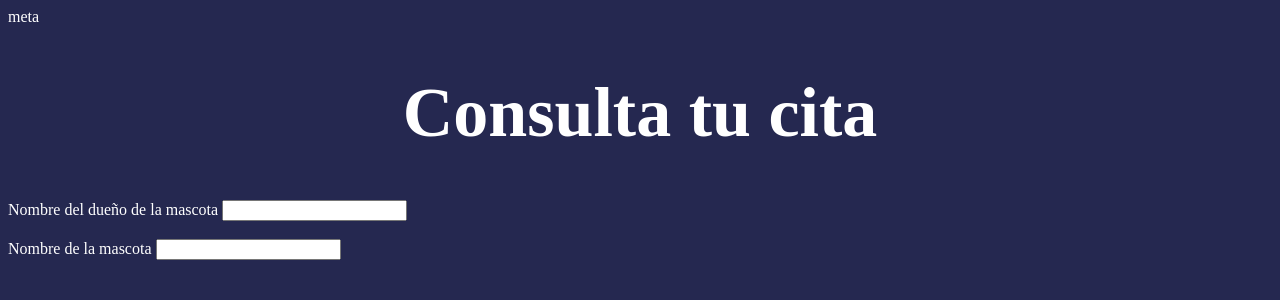
Repository: julioangarita/web-vet-cym
Page: http://localhost/consult_page
The author's editor kept a record of every edit. The page is drawn from the files as they stood at one moment, then again after the next edit.
The browser window is 1280 px wide. The pictures show the whole page.
The page is served by the project's application, run on Flask 3 (server.py).

Above is the page before.

### templates/consult.html
<!DOCTYPE html>
<html>
    <head>
        <meta http-equiv="content-type" content="text/html; charset=utf-8" />
        <title>Web Vet</title>
        <link rel="stylesheet" href="../static/css/styleconsult.css" type="text/css" media="all" />
        meta
    </head>
    <body>
        <h1>Consulta tu cita</h1>
        <label>Nombre del dueño de la mascota</label> <input> <br> <br>
        <label>Nombre de la mascota</label> <input> <br> <br>

    </body>
</html>

### controller/control.py
from flask import render_template, request
from database.db import *

def func_home_page():
    return render_template('home.html')

def func_register_page():
    return render_template('register.html')

def func_consult_page():
    return render_template('consult.html')

def func_register_user():
    id = request.form["id"]
    Nombre = request.form["name"]
    Apellidos = request.form["lastname"]
    Telefono = request.form["birthday"]
    Telefono = request.form["birthday"]
    Telefono = request.form["birthday"]
    Telefono = request.form["birthday"]
    confirm_user = add_user(id, name, lastname, birthday)
    if confirm_user:
        return "<h1>The user was created sucessfully</h1>"
    else:
        return "<h1>Error: The user was not created</h1>"

def func_consult_user():
    obj_user = request.get_json()
    id = obj_user["id"]
    passw = obj_user["passw"] #es solo para pruebas no se utiliza
    result_data = consult_user(id)
    response = ""
    if result_data != False and len(result_data) != 0:
        response = {
            'status': "ok",
            'name': result_data[0][1]
        }
    else:
        response = {
            'status':"error"
        }
    return response

### routes/route.py
from controller.control import *
from server import app #el archivo server esta en la ruta raiz

@app.route("/") # el '/' significa ruta raiz
def home_page():
    return func_home_page()

@app.route("/register_page")
def register_page():
    return func_register_page()

@app.route("/consult_page")
def consult_page():
    return func_consult_page()


@app.route("/register_user", methods = ["post"]) #el metodo corresponde a los usados en html son , get post, etc
def register_user():
    return func_register_user()

@app.route("/consult_user", methods = ["post"])
def consult_user():
    return func_consult_user()

### server.py
from flask import Flask, render_template, request


app = Flask(__name__)

from routes.route import *


if __name__ =="__main__":
    host = "0.0.0.0"
    port = "80"
    app.run(host, port) #este es un metodo de flask para correr un server

### database/db.py
import pymysql

db_host = 'database-vet.cngkqius2dwz.us-east-1.rds.amazonaws.com'
db_user = 'admin'
db_password = 'Tienda123'
db_database = 'db_nexovet'
db_table = 'users'

def connectionSQL():
    try:
        connection_sql = pymysql.connect(
            host = db_host,
            user = db_user,
            password = db_password,
            database = db_database
        )
        print("Sucessfull connection to the Database")
        return connection_sql
    except Exception as err:
        print("Error connecting to the database")
        print(err)
        return None

def add_user(id, Nombre, Apellidos, Telefono, Mascota, Nacimiento, Clase):
    instruction_sql = "INSERT INTO " + db_table + "(id, Nombre, Apellidos, Telefono, Mascota, Nacimiento, Clase) VALUES ("+id+", '"+Nombre+"', '"+Apellidos+"', '"+Telefono+"', '"+Mascota+"', '"+Nacimiento+"', '"+Clase+"')"
    connection_sql = connectionSQL()
    try:
        if connection_sql != None:
            cursor = connection_sql.cursor()
            cursor.execute(instruction_sql)
            connection_sql.commit()
            print("User added")
            return True
        else:
            print("Error connecting to the database")
            return False
    except Exception as err:
        print("Error creating the user")
        print(err)
        return False

def consult_user(id):
    instruction_sql = "SELECT * FROM users WHERE id = " + id
    connection_sql = connectionSQL()
    try:
        cursor = connection_sql.cursor()
        cursor.execute(instruction_sql)
        result_data = cursor.fetchall()
        return result_data
    except Exception as err:
        print("Error", err)
        return False

### static/css/styleconsult.css
img {
    height: 400px;
    border-radius: 10%;


}

h1 {
    text-align: center;
    font-size: 70px;
    color: white;
}

body {
    background-color: #252850;
    color: white;

}

form{
    text-align: center;
}

div {
    text-align: center;

}

After the next edit:
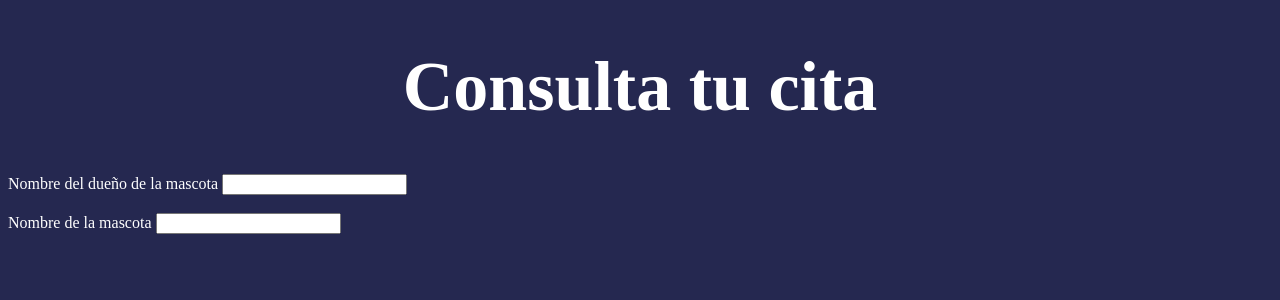
The edit:
--- a/templates/consult.html
+++ b/templates/consult.html
@@ -4,7 +4,7 @@
         <meta http-equiv="content-type" content="text/html; charset=utf-8" />
         <title>Web Vet</title>
         <link rel="stylesheet" href="../static/css/styleconsult.css" type="text/css" media="all" />
-        meta
+
     </head>
     <body>
         <h1>Consulta tu cita</h1>
